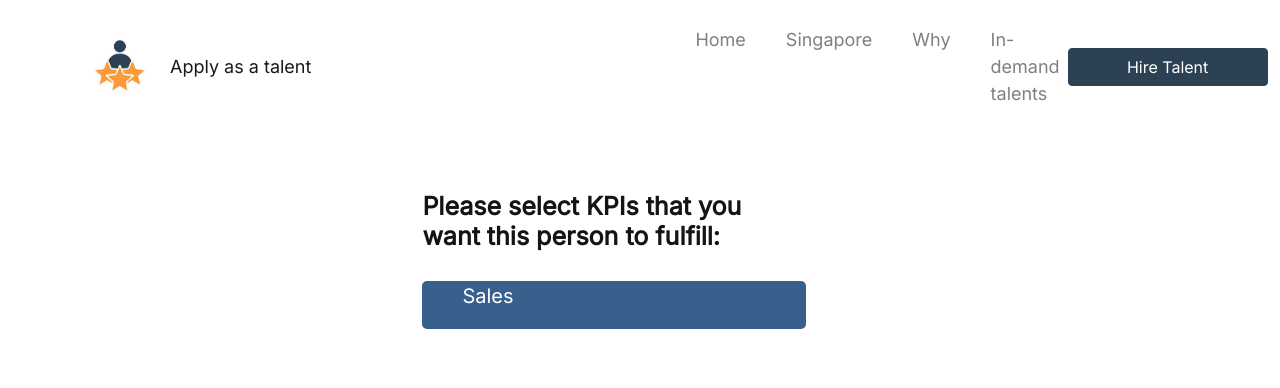
Repository: Ashwe9/talent-hire-reactJs
Page: /kpis
These files come from the project's save history. The page is drawn as it stood at one moment and after the next save; the edit follows.
The browser window is 1280 px wide. The pictures show the whole page.
The project was rebuilt for these pictures with package versions that can differ from the ones it lists, and the page was loaded fresh each time. A package was used in the major version that the imports need, not the one package.json lists. Also part of the build but not shown: src/homePage/components/TrustedBy/TrustedBy.css, src/homePage/components/TrustedBy/TrustedBy.js, src/homePage/components/Roles/Roles.css, src/homePage/components/Roles/Roles.js, src/homePage/components/homePageFooter/HomePageFooter.css, src/homePage/components/homePageFooter/HomePageFooter.js, src/homePage/HomePage.js, src/projectDetails/ProjectDetails.js.

Above is the page before, as saved 2022-08-18 14:06:52.

After the next save:
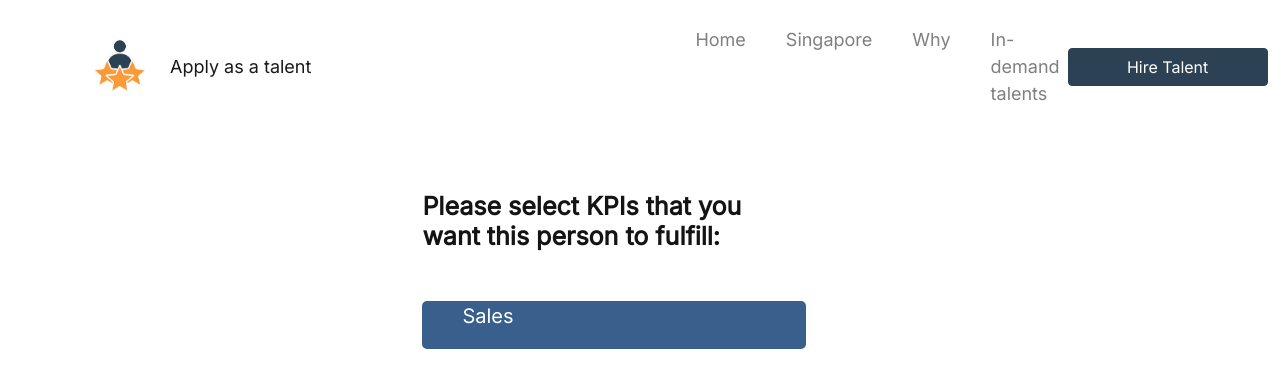
Saved 7 s later.
--- a/src/kpisPage/DropDown.css
+++ b/src/kpisPage/DropDown.css
@@ -15,7 +15,7 @@
     align-items: center;
     color: white;
     margin-left: 40px;
-    margin-top: 15px;
+    margin-top: 50px;
 }
 
 

After the save that followed:
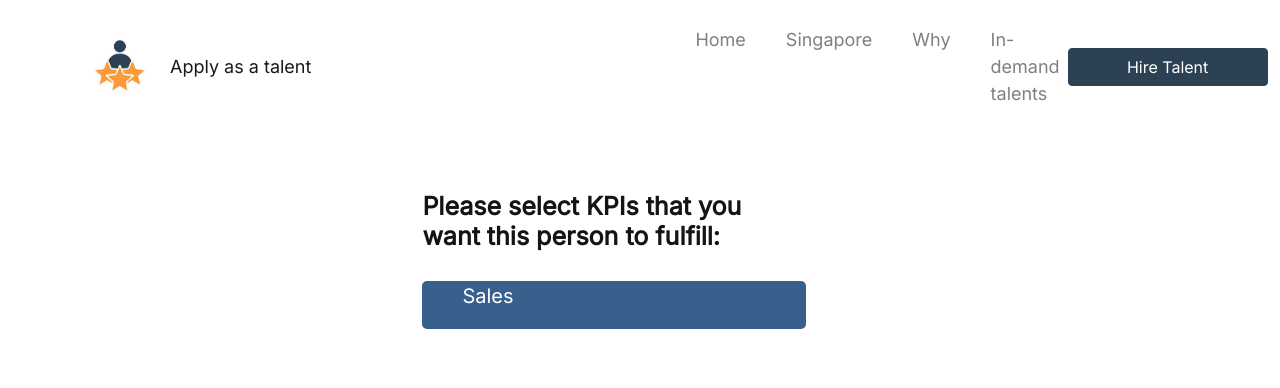
Saved 8 s later.
--- a/src/kpisPage/DropDown.css
+++ b/src/kpisPage/DropDown.css
@@ -15,7 +15,6 @@
     align-items: center;
     color: white;
     margin-left: 40px;
-    margin-top: 50px;
 }
 
 
